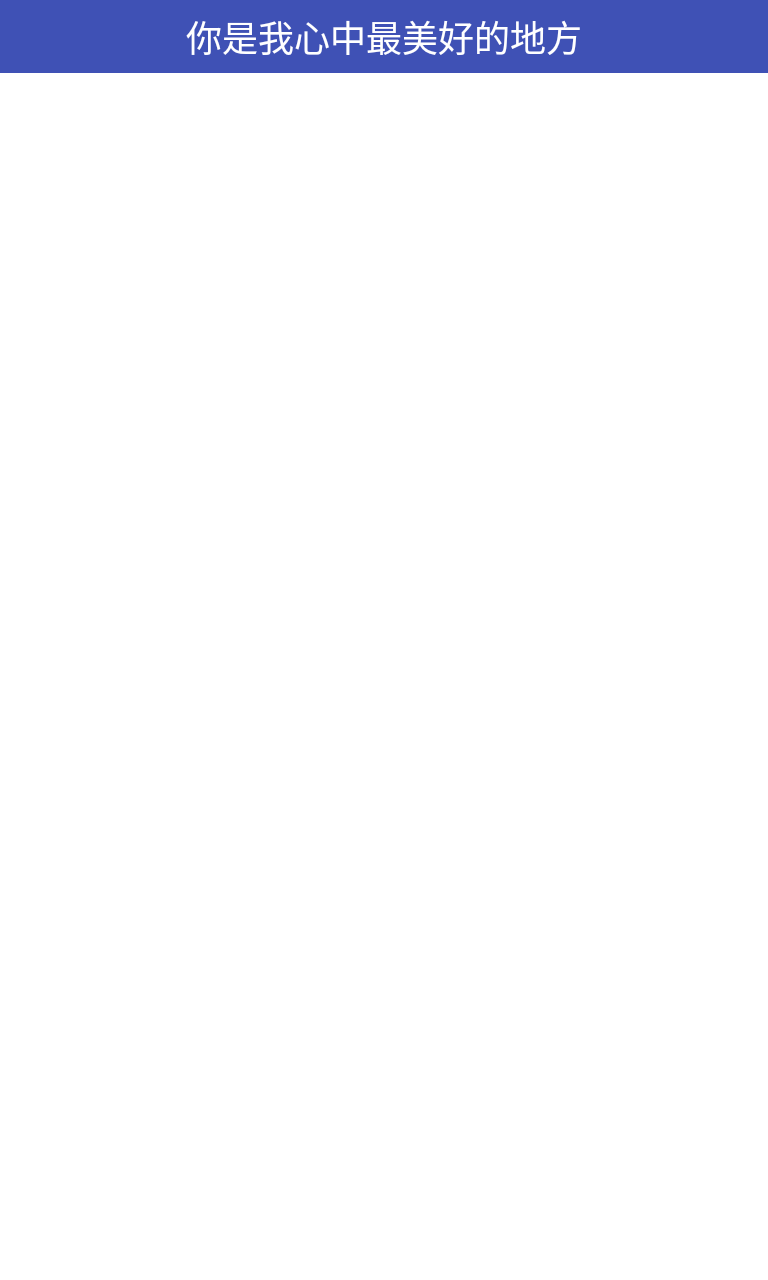
Repository: drugTang/PersonProject
Layout: App/res/layout/base_frame_pager_view.xml
These files come from the project's save history. The layout is drawn as it stood at one moment and after the next save; the edit follows.
It is drawn on a 768 x 1280 px phone screen (xhdpi) without system bars, with theme android:Theme.Light.NoTitleBar; the app's code is not run.

Above is the layout before, as saved 2015-11-01 05:57:19.

### App/res/layout/base_frame_pager_view.xml
<?xml version="1.0" encoding="utf-8"?>
<LinearLayout xmlns:android="http://schemas.android.com/apk/res/android"
    android:layout_width="match_parent"
    android:layout_height="match_parent"
    android:orientation="vertical" >

    <TextView
        android:id="@+id/tv_title"
        android:layout_width="match_parent"
        android:layout_height="wrap_content"
        android:background="#3F51B5"
        android:textSize="18sp"
        android:textColor="#fff"
        android:gravity="center"
        android:padding="5dp"
        android:text="你是我心中最美好的地方"
        />


</LinearLayout>

After the next save:
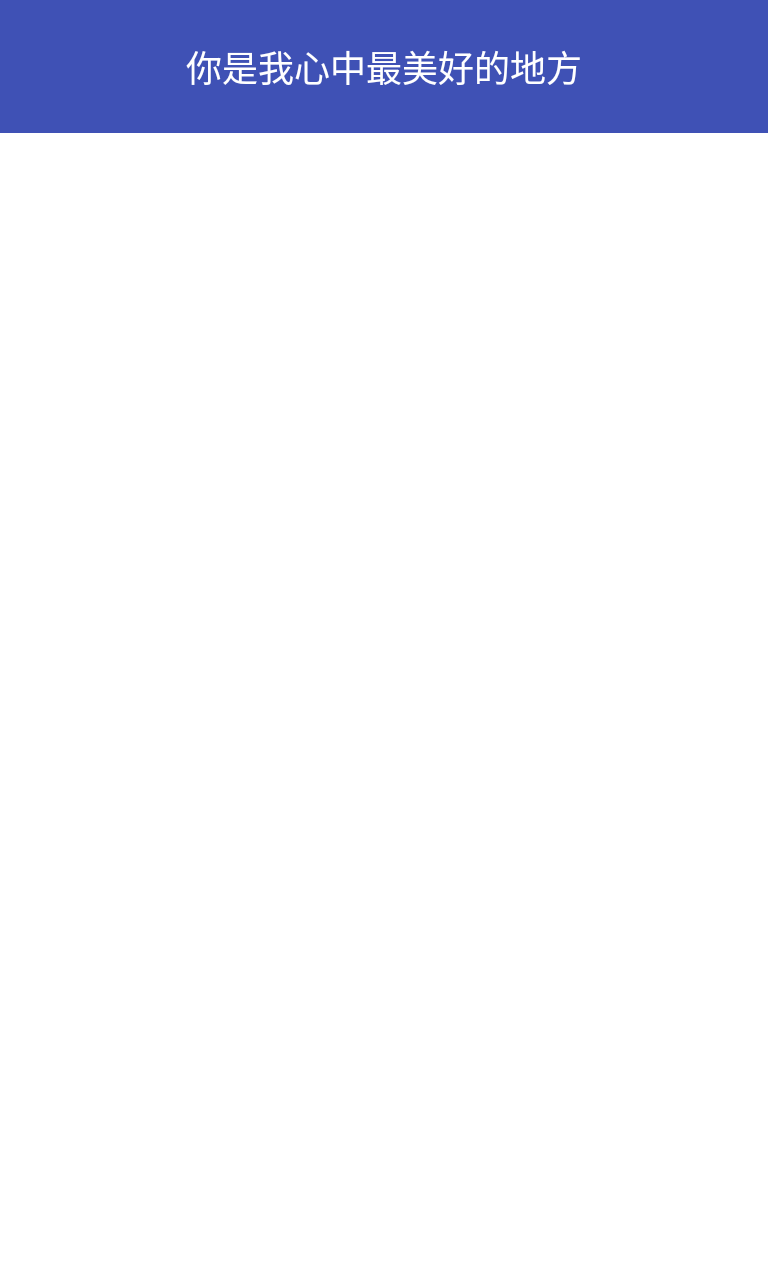
Saved 8 s later.
--- a/App/res/layout/base_frame_pager_view.xml
+++ b/App/res/layout/base_frame_pager_view.xml
@@ -12,7 +12,7 @@
         android:textSize="18sp"
         android:textColor="#fff"
         android:gravity="center"
-        android:padding="5dp"
+        android:padding="20dp"
         android:text="你是我心中最美好的地方"
         />
 
